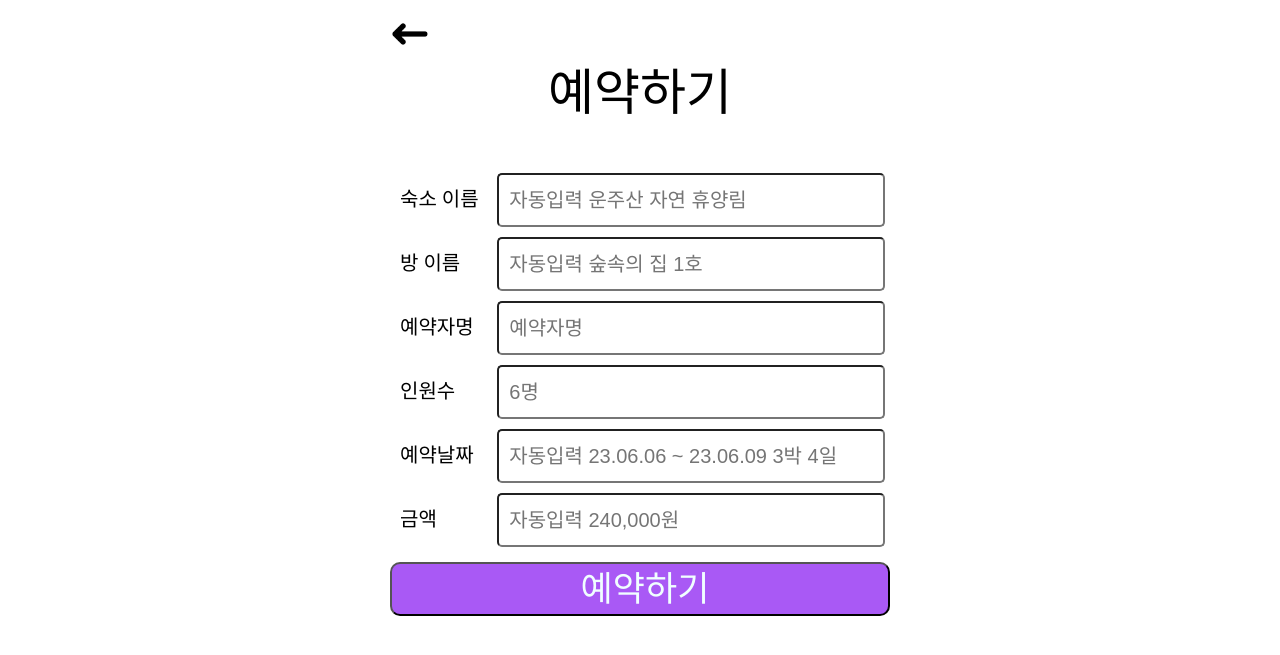
Repository: jaehunjeong4103/WebProject
Page: http://localhost/Web/view/reservation/reservation
These files come from the project's save history. The page is drawn as it stood at one moment and after the next save; the edit follows.
The browser window is 1280 px wide. The pictures show the whole page.
Some web fonts or font styles are not loaded; a fallback is used. The page is served by Tomcat 9.

Above is the page before, as saved 2023-06-06 03:51:32.

After the next save:
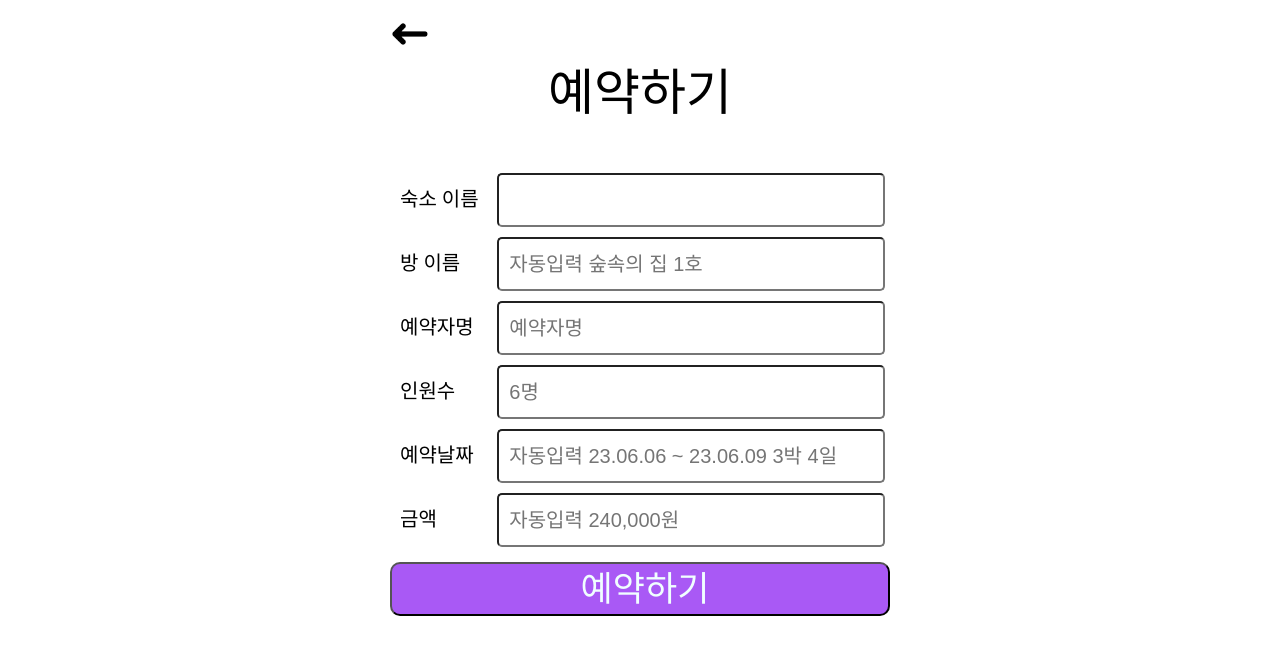
Saved 6 min 18 s later.
--- a/Web/src/main/webapp/WEB-INF/view/reservation/reservation.jsp
+++ b/Web/src/main/webapp/WEB-INF/view/reservation/reservation.jsp
@@ -22,7 +22,7 @@
 			<section>
 				<div class="input">
 					<span>숙소 이름</span>
-					<input type="text" placeholder="자동입력 운주산 자연 휴양림" class="input_text id" name="ID" value="${stay_name}" readonly>
+					<input type="text" class="input_text id" name="ID" value="${stay_name}" readonly>
 				</div>
 				<div class="input">
 					<span>방 이름</span>
